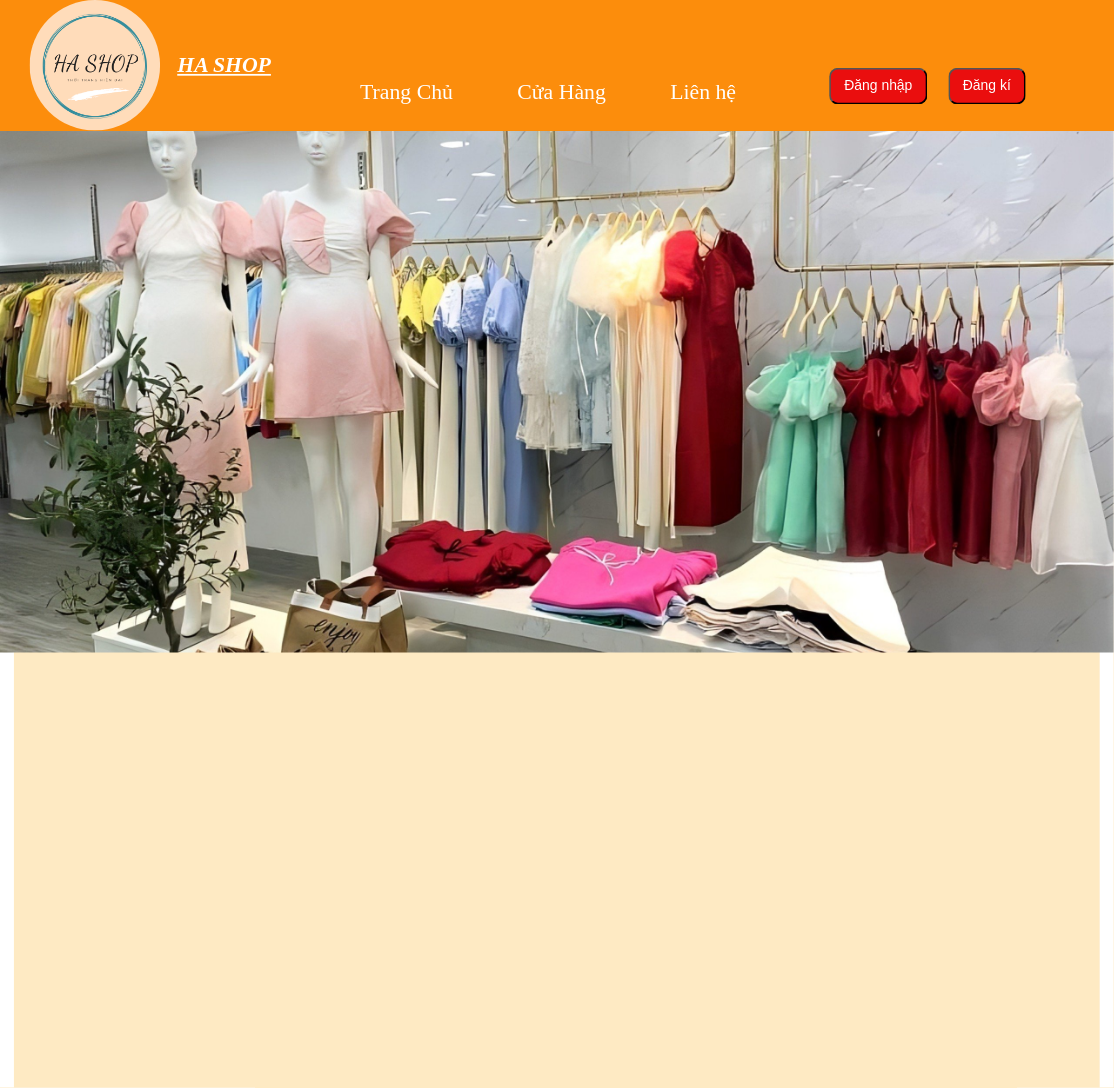
Repository: manhhieu120499/demo_page
Page: trangchu.html
These files come from the project's save history. The page is drawn as it stood at one moment and after the next save; the edit follows.
The browser window is 1280 px wide. The pictures show the whole page, at 87% of full size.

Above is the page before, as saved 2023-03-04 10:31:27.

After the next save:
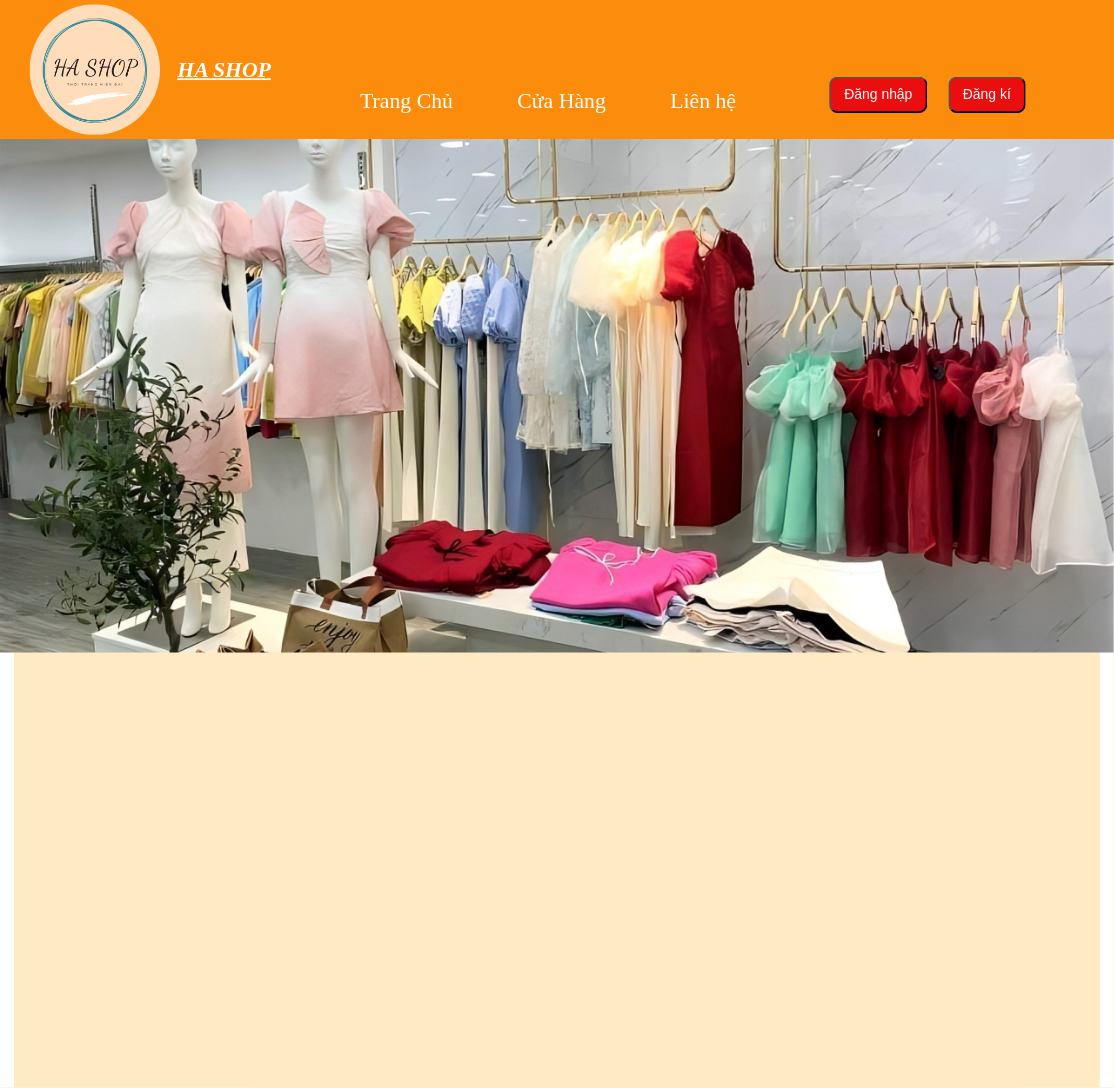
Saved 62 s later.
--- a/style_trangchu.css
+++ b/style_trangchu.css
@@ -13,7 +13,7 @@
     top: 0;
     left: 0;
     padding: 10px 0;
-    height: 150px;
+    height: 160px;
 }
 
 .left-header {
